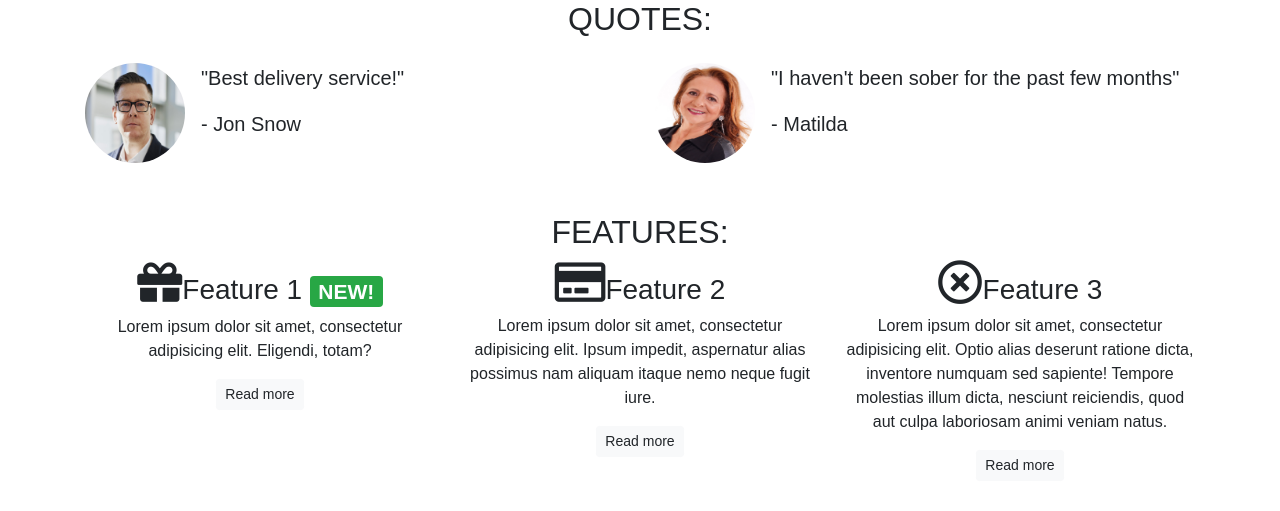
Repository: mkuti/Whiskey_website_using_Bootstrap
Page: index.html
The author's editor kept a record of every edit. The page is drawn from the files as they stood at one moment, then again after the next edit.
The browser window is 1280 px wide. The pictures show the part of the page from y = 720 to 1381 px (the page is 1231 px tall before and 1381 px after).
Backgrounds fixed to the window are drawn as part of the page. Some web fonts or font styles are not loaded; a fallback is used. Some web libraries are served in a nearby version.

Above is the page before.

After the next edit:
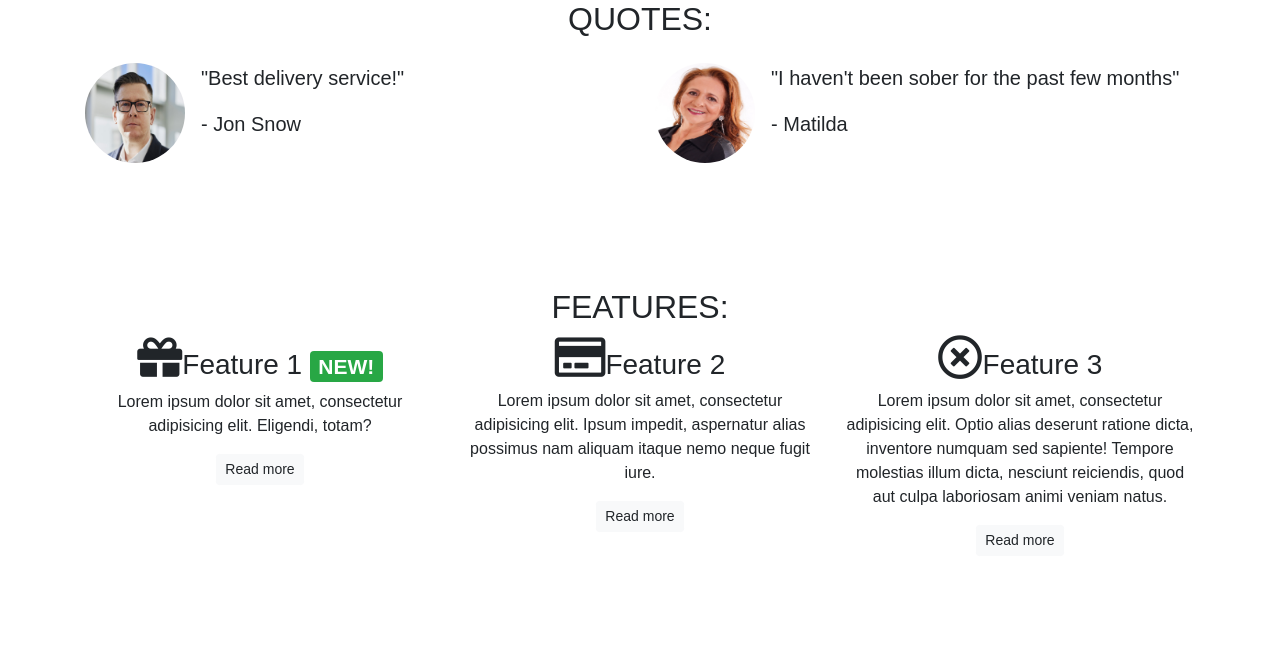
The edit:
--- a/index.html
+++ b/index.html
@@ -118,7 +118,7 @@
     <!--end quotes-->
 
     <!-- Features -->
-    <div class="container features-container">
+    <div class="container features-container content-container">
         <section class="features">
             <div class="row">
                 <div class="col-12 page-header">
